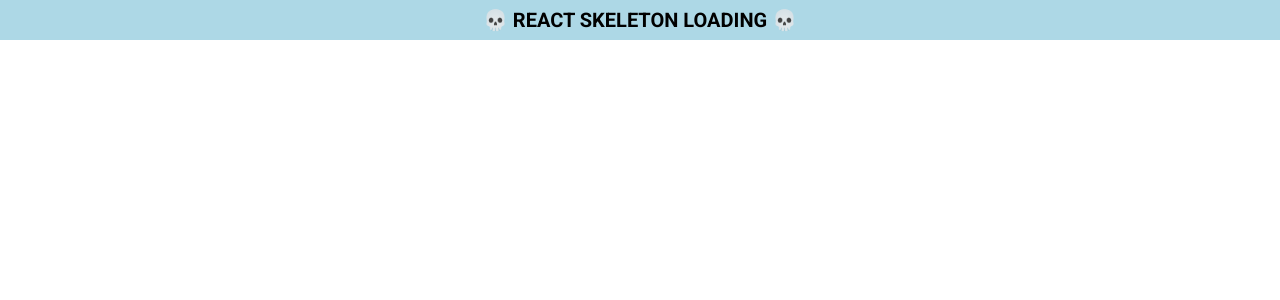
Repository: ethanJones21/React-Skeleton-Loading
Page: /
An editor plug-in stored every save of this project. The page is shown before and after the next save, followed by the edit.
The browser window is 1280 px wide. The pictures show the whole page.
The project was rebuilt for these pictures with package versions that can differ from the ones it lists, and the page was loaded fresh each time.

Above is the page before, as saved 2020-11-26 02:06:23.

After the next save:
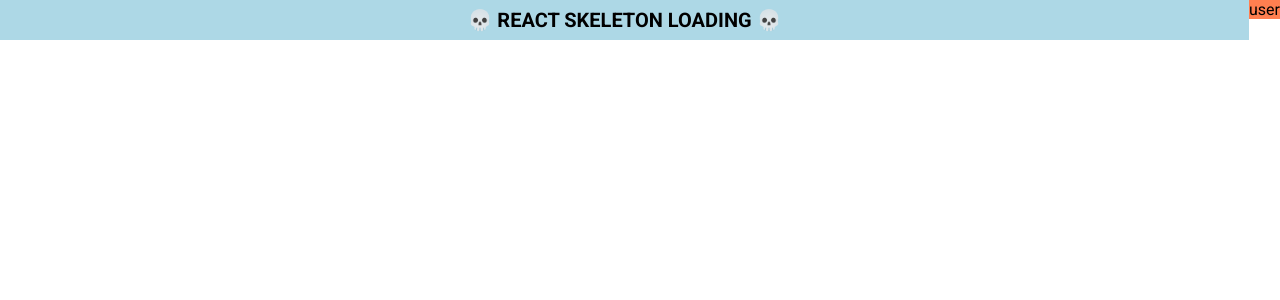
Saved 10 s later.
--- a/src/components/User.js
+++ b/src/components/User.js
@@ -4,7 +4,7 @@ import "./User.css"
 const User = () => {
     return (
         <div className="user">
-
+            user
         </div>
     );
 };
